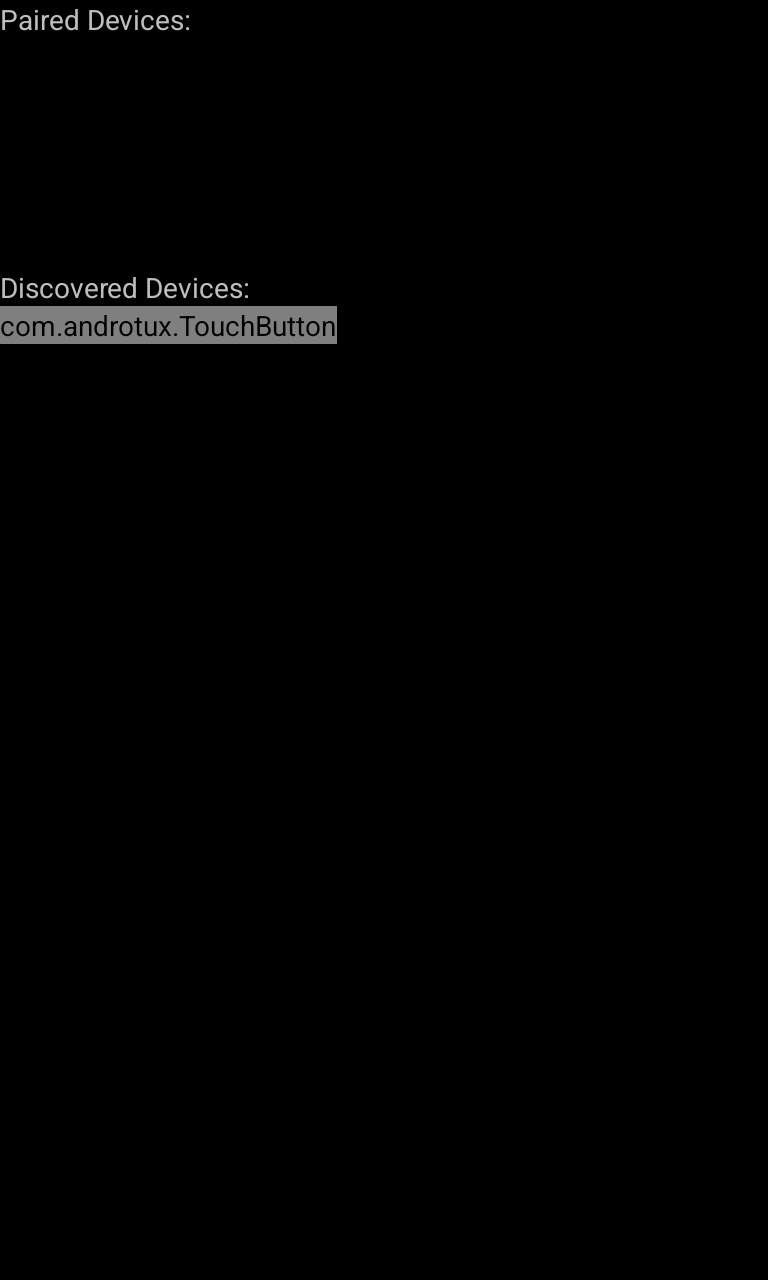
Repository: itayrom/androtux
Layout: app/AndroTux/res/layout/fragment_settings.xml
These files come from the project's save history. The layout is drawn as it stood at one moment and after the next save; the edit follows.
Pictures or frames that could not be fetched are drawn as grey boxes. It is drawn on a 768 x 1280 px phone screen (xhdpi) without system bars, with theme android:Theme.NoTitleBar.Fullscreen; the app's code is not run. Lists and similar views that code fills are empty.

Above is the layout before, as saved 2014-09-03 11:30:20.

### app/AndroTux/res/layout/fragment_settings.xml
<LinearLayout xmlns:android="http://schemas.android.com/apk/res/android"
    android:layout_width="fill_parent"
    android:layout_height="fill_parent"
    android:orientation="vertical" >

    <TextView
        android:layout_width="fill_parent"
        android:layout_height="wrap_content"
        android:text="Paired Devices:"/>

    <ListView
        android:id="@+id/lvPaired"
        android:layout_width="match_parent"
        android:layout_height="100dp">
    </ListView>

    <TextView
        android:layout_width="fill_parent"
        android:layout_height="wrap_content"
        android:layout_marginTop="15dp"
        android:text="Discovered Devices:"/>

    <com.androtux.TouchButton
        android:id="@+id/touchButton1"
        android:layout_width="wrap_content"
        android:layout_height="wrap_content" />

    <ListView
        android:id="@+id/lvDiscovered"
        android:layout_width="match_parent"
        android:layout_height="100dp">
    </ListView>

</LinearLayout>

After the next save:
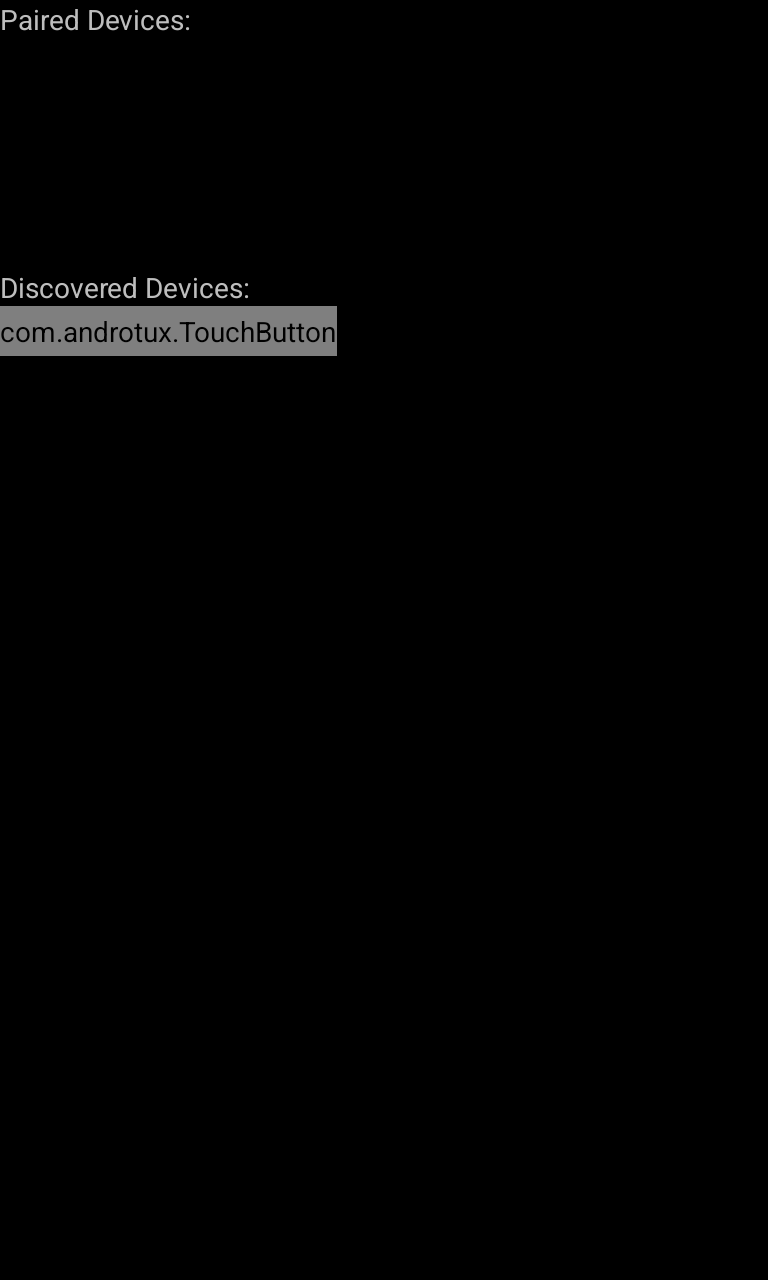
Saved 49 s later.
--- a/app/AndroTux/res/layout/fragment_settings.xml
+++ b/app/AndroTux/res/layout/fragment_settings.xml
@@ -23,7 +23,8 @@
     <com.androtux.TouchButton
         android:id="@+id/touchButton1"
         android:layout_width="wrap_content"
-        android:layout_height="wrap_content" />
+        android:layout_height="25dp"
+        android:text="Discover" />
 
     <ListView
         android:id="@+id/lvDiscovered"
